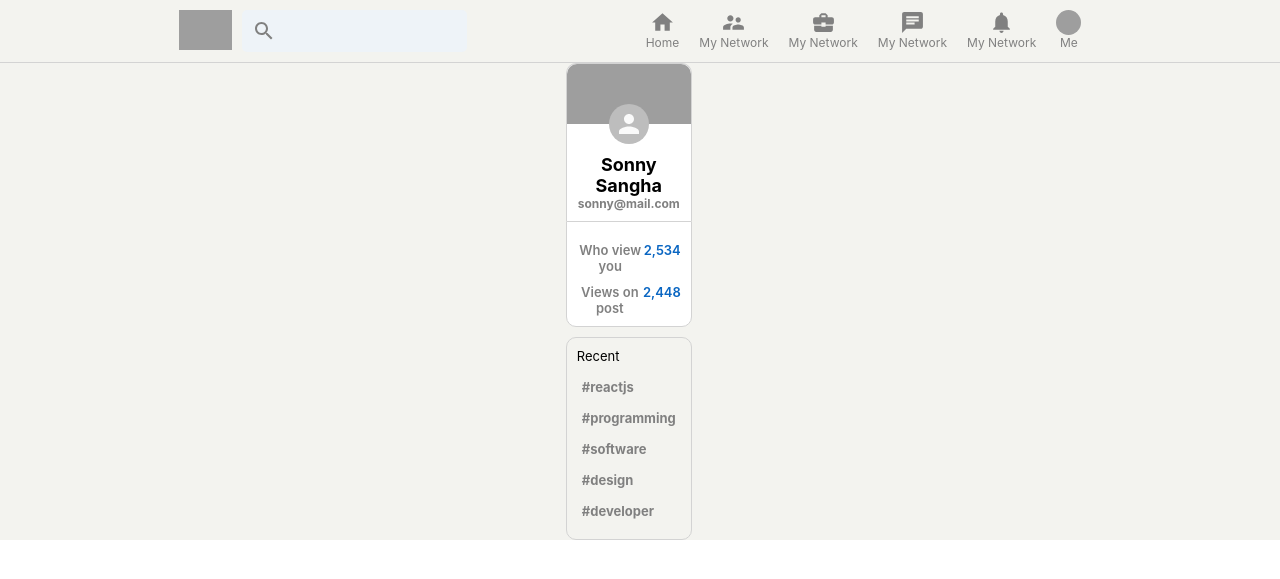
Repository: joaogamarra/linkedin-clone
Page: /
These files come from the project's save history. The page is drawn as it stood at one moment and after the next save; the edit follows.
The browser window is 1280 px wide. The pictures show the whole page.
Pictures or frames that could not be fetched are drawn as grey boxes. The project was rebuilt for these pictures with package versions that can differ from the ones it lists, and the page was loaded fresh each time. Also part of the build but not shown: src/components/feed/InputOption.css.

Above is the page before, as saved 2021-02-19 13:11:09.

After the next save:
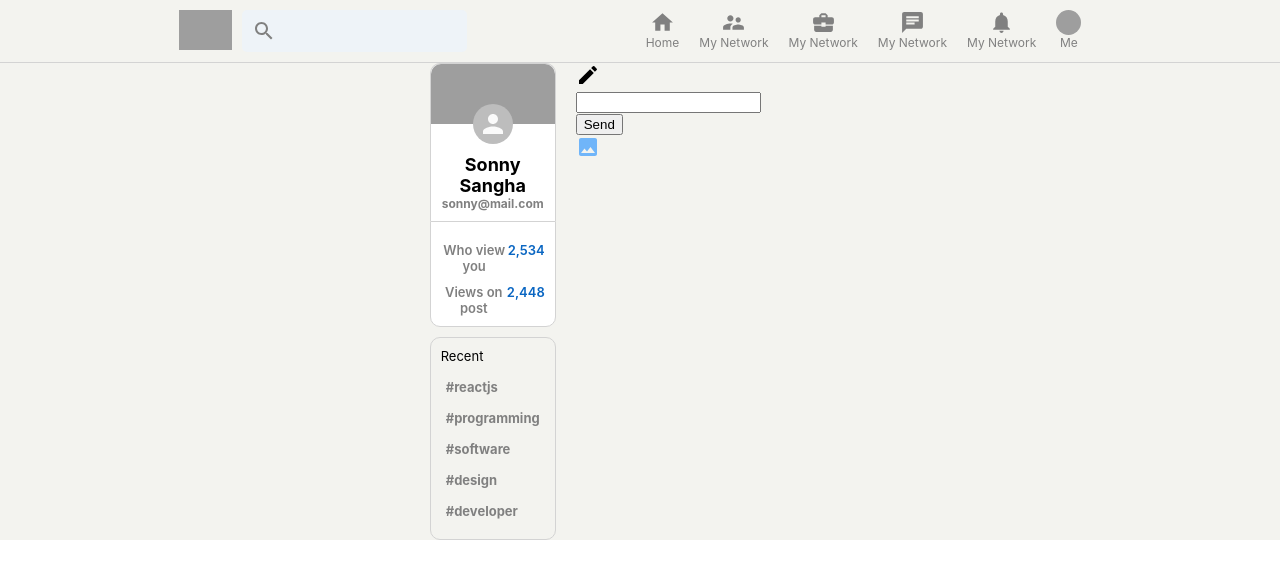
Saved 49 s later.
--- a/src/App.js
+++ b/src/App.js
@@ -1,4 +1,5 @@
 import './App.css'
+import Feed from './components/feed/Feed'
 import Header from './components/header/Header'
 import Sidebar from './components/sidebar/Sidebar'
 
@@ -8,6 +9,7 @@ function App() {
 			<Header />
 			<div className='app__body'>
 				<Sidebar />
+				<Feed />
 			</div>
 		</div>
 	)
